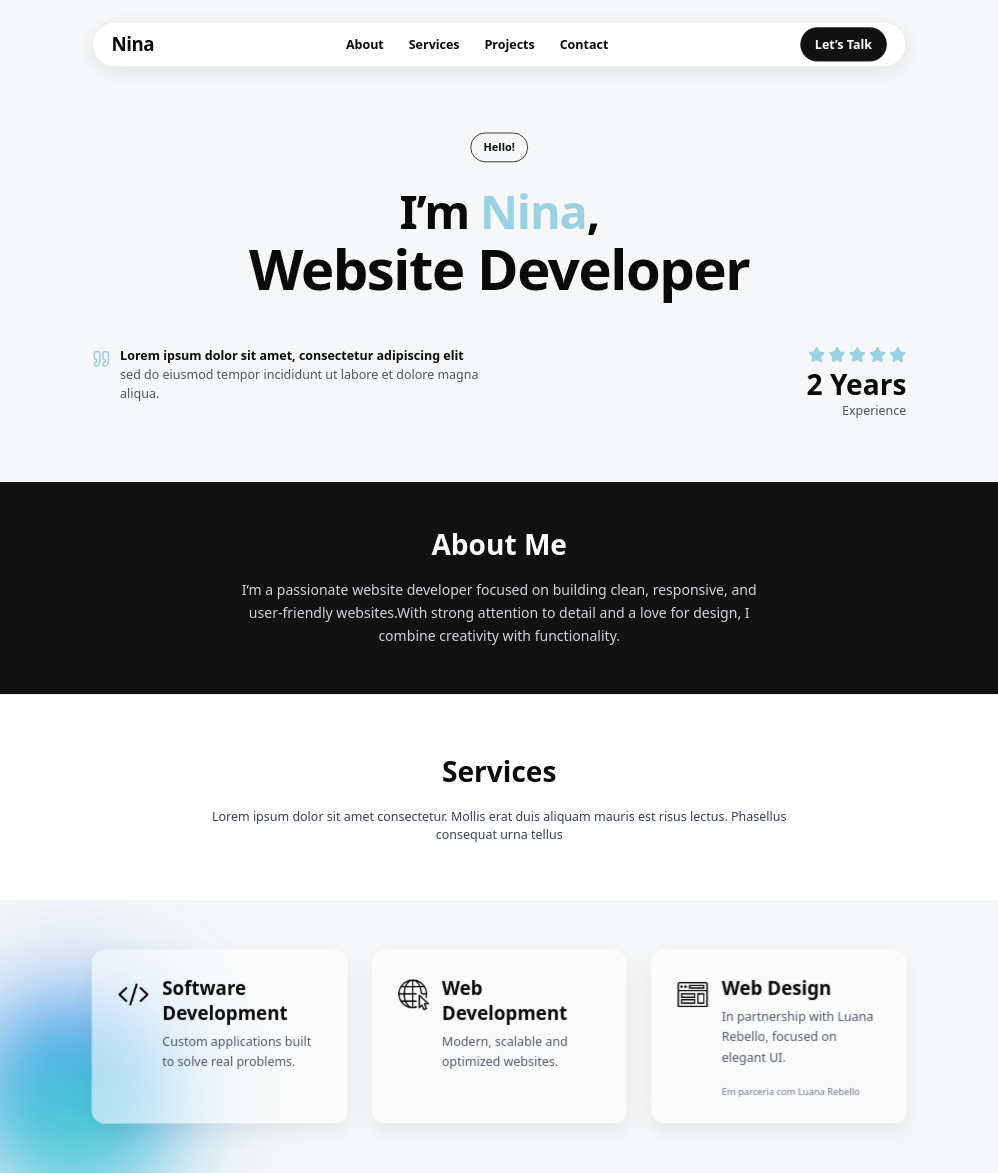
Repository: nina-rebello/portfolio
Page: /
These files come from the project's save history. The page is drawn as it stood at one moment and after a run of saves; the edit follows.
The browser window is 1280 px wide. The pictures show the whole page, at 78% of full size.
The project was rebuilt for these pictures with package versions that can differ from the ones it lists, and the page was loaded fresh each time. The framework's server and built-in components were replaced by stand-ins that run in the browser. Also part of the build but not shown: next.config.ts.

Above is the page before, as saved 2025-09-11 17:15:44.

After the next 2 saves:
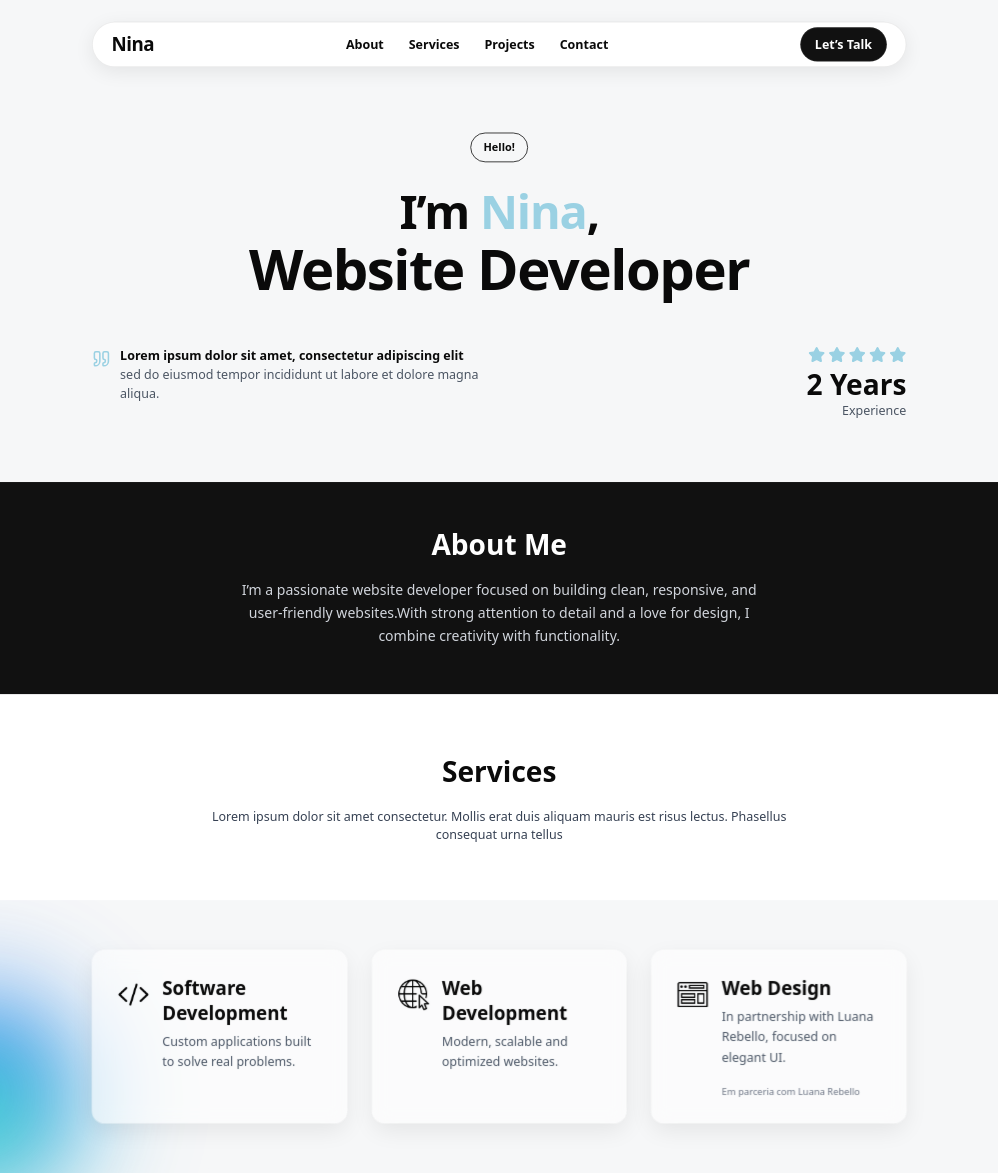
The 2 saves are shown as one change because they came seconds apart.
The last was saved 8 s later.
--- a/components/sections/Services.tsx
+++ b/components/sections/Services.tsx
@@ -36,7 +36,7 @@ export default function Services() {
           alt=""
           width={760}
           height={760}
-          className="absolute top-44 right-200 w-[760px] opacity-70"
+          className="absolute top-44 right-230 w-[760px] opacity-70"
         />
       </div>
 
